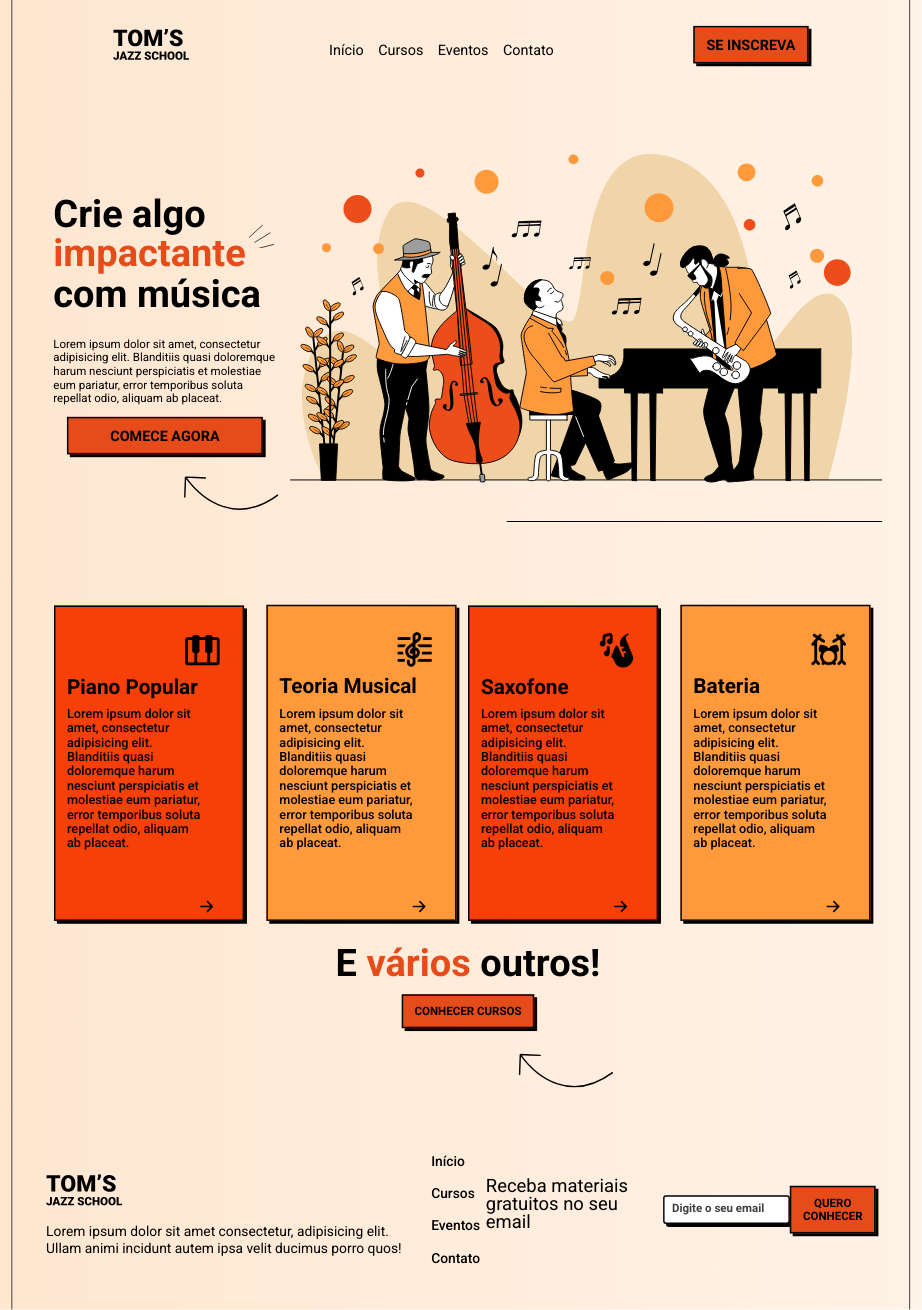
Repository: guilhermecardoso93/obebitecode
Page: index.html
The author's editor kept a copy of each file at every save. The page is drawn from the files as they stood at one save, then again after the next save.
The browser window is 1280 px wide. The pictures show the whole page, at 72% of full size.

Above is the page before, as saved 2023-08-16 21:19:23.

### index.html
<!DOCTYPE html>
<html lang="pt-BR">

<head>
  <meta charset="UTF-8" />
  <meta name="viewport" content="width=device-width, initial-scale=1.0" />
  <link rel="preconnect" href="https://fonts.googleapis.com" />
  <link rel="preconnect" href="https://fonts.gstatic.com" crossorigin />
  <link href="https://fonts.googleapis.com/css2?family=Roboto:wght@400;500;700&display=swap" rel="stylesheet" />
  <link rel="stylesheet" href="css/style.css" />
  <title>Tom's Jazz School</title>
</head>

<body>
  <header>
    <div class="container">
      <img src="./assets/logo.svg" alt="Logo da Tom's Jazz School" />
      <nav>
        <a href="/"><span>Início</span></a>
        <a href="/"><span>Cursos</span></a>
        <a href="/"><span>Eventos</span></a>
        <a href="/"><span>Contato</span></a>
      </nav>
      <a href="/" class="subscribeButton subscribeButton mt-1 mx-auto mb-1">Se Inscreva</a>
    </div>
  </header>

  <main>
    <section class="hero-section">
      <div class="container row-reverse">
        <img src="./assets/hero-img.svg" alt="Banda de Jazz Tocando" />
        <div>
          <h1 class="mt-2">
            Crie algo <span class="text-primary decoration">impactante</span> com música
          </h1>
          <p class="mt-2 mb-2"></p>
          Lorem ipsum dolor sit amet, consectetur adipisicing elit. Blanditiis
          quasi doloremque harum nesciunt perspiciatis et molestiae eum
          pariatur, error temporibus soluta repellat odio, aliquam ab placeat.
          </p>
          <a href="/" class="subscribeButton mt-1 mx-auto">Comece Agora</a>
        </div>
      </div>
    </section>
    <section class="hero-section">
      <div class="cards">
        <article class="card">
          <img src="./assets/piano.png" alt="ícone de tecla de piano" />
          <h3>Piano Popular</h3>
          <p>
            Lorem ipsum dolor sit amet, consectetur adipisicing elit.
            Blanditiis quasi doloremque harum nesciunt perspiciatis et
            molestiae eum pariatur, error temporibus soluta repellat odio,
            aliquam ab placeat.
          </p>
          <a href="#">
            <img src="./assets/arrow-right.svg" alt="svg de seta para direita" />
          </a>
        </article>
        <article class="card">
          <img src="./assets/clef.png" alt="Icone de clave de sol" />
          <h3>Teoria Musical</h3>
          <p>
            Lorem ipsum dolor sit amet, consectetur adipisicing elit.
            Blanditiis quasi doloremque harum nesciunt perspiciatis et
            molestiae eum pariatur, error temporibus soluta repellat odio,
            aliquam ab placeat.
          </p>
          <a href="#">
            <img src="./assets/arrow-right.svg" alt="svg de seta para direita" />
          </a>
        </article>
        <article class="card">
          <img src="./assets/sax.png" alt="Icone de saxofone" />
          <h3>Saxofone</h3>
          <p>
            Lorem ipsum dolor sit amet, consectetur adipisicing elit.
            Blanditiis quasi doloremque harum nesciunt perspiciatis et
            molestiae eum pariatur, error temporibus soluta repellat odio,
            aliquam ab placeat.
          </p>
          <a href="#">
            <img src="./assets/arrow-right.svg" alt="svg de seta para direita" />
          </a>
        </article>
        <article class="card">
          <img src="./assets/drums.png" alt="Ícone de bateria" />
          <h3>Bateria</h3>
          <p>
            Lorem ipsum dolor sit amet, consectetur adipisicing elit.
            Blanditiis quasi doloremque harum nesciunt perspiciatis et
            molestiae eum pariatur, error temporibus soluta repellat odio,
            aliquam ab placeat.
          </p>
          <a href="#">
            <img src="./assets/arrow-right.svg" alt="svg de seta para direita" />
          </a>
        </article>
      </div>
      <div class="rodape-article">
        <h1 class=> E <span>vários</span> outros!</h1>
        <a href="/" class="subscribeButton btn-courses">conhecer cursos</a>
      </div>
    </section>
  </main>
  <footer id="contato">
    <div class="container">
      <div class='about'>
        <img src="./assets/logo.svg" alt="Banda de Jazz Tocando" class="mt-1" />
        <p>Lorem ipsum dolor sit amet consectetur, adipisicing elit. Ullam animi incidunt autem ipsa velit ducimus porro
          quos!</p>
      </div>
      <nav class="footer-menu">
        <a href="#inicio"><span>Início</span></a>
        <a href="#cursos"><span>Cursos</span></a>
        <a href="#eventos"><span>Eventos</span></a>
        <a href="#contato"><span>Contato</span></a>
      </nav>
      <label for="email" class="mb-1">Receba materiais gratuitos no seu email</label>
      <input type="email" placeholder="Digite o seu email">
      <a href="/" class="subscribeButton btn-footer">quero conhecer</a>
    </div>
  </footer>
</body>

</html>

### css/style.css
@import url("./basics.css");
@import url("./header.css");
@import url("./main.css");
@import url("./footer.css");
@import url("./responsivo.css");

### css/basics.css
* {
  margin: 0;
  padding: 0;
  box-sizing: border-box;
  font-family: "Roboto", sans-serif;
}

:root {
  --color-primary: #ed4d1b;
  --color-secondary: #ff9a3c;
  --color-black: #000;
  --color-white: #fff;
}

body {
  background: linear-gradient(90deg, #ffe7d1 0%, #fff2e6 100%);
  padding: 0 1rem;
}

body,
html {
  overflow-x: hidden !important;
}

a {
  text-decoration: none;
  cursor: pointer;
}

.mt-1 {
  margin-top: 1rem;
}

.mt-2 {
  margin-top: 2rem;
}

.mb-1 {
  margin-bottom: 1rem;
}

.mb-2 {
  margin-bottom: 2rem;
}

.mx-auto {
  margin-left: auto;
  margin-right: auto;
}

.text-primary {
  color: var(--color-primary);
}

.text-center {
  text-align: center;
}

header,
.hero-section,
.courses-section,
footer {
  border-color: --color-black;
  border-style: solid;
  border-width: 0 1px;
  padding: 20px;
}

.subscribeButton {
  border: 2px solid #000;
  box-shadow: 4px 4px 0 #000;
  font-weight: 600;
  display: block;
  background: #e64b1a;
  text-transform: uppercase;
  font-size: 1.25rem;
  padding: 0.75rem 1rem;
  max-width: 17rem;
  position: relative;
  color: var(--color-black);
  text-align: center;
}

.subscribeButton:hover {
  border: 2px solid #e64b1a;
  box-shadow: 4px 4px 0 #e64b1a;
  font-weight: 600;
  display: block;
  color: #e64b1a;
  text-transform: uppercase;
  font-size: 1.25rem;
  padding: 0.75rem 1rem;
  max-width: 17rem;
  position: relative;
  background: var(--color-black);
  text-align: center;
}

span {
  margin: 0;
}

### css/header.css
header img {
  display: block;
  margin: 1rem auto;
}

header nav {
  display: grid;
  grid-template-columns: 1fr 1fr;
  margin-bottom: 1rem;
  margin: 1rem auto 0;
}

nav a {
  color: var(--color-black);
  font-size: 1.25rem;
  padding: 0.5rem;
  text-decoration: none;
  text-weight: bold;
}

nav a span:hover {
  border-bottom: 3px solid #000;
}

header nav a:nth-child(2n-1) {
  text-align: right;
}

### css/main.css
.hero-section {
  padding-right: 0;
  padding-bottom: 5rem;
}

.hero-section img {
  display: block;
  margin: 1.25rem 0 0 auto;
  max-width: 100%;
}

h1 {
  font-size: 3.3rem;
  line-height: 105%;
  font-weight: 700;
}

h2 {
  font-size: 2.5rem;
}

.hero-section p {
  font-size: 1.25rem;
  padding-right: 1.25rem;
}

.hero-section .subscribeButton {
  position: relative;
}

.hero-section .subscribeButton::after {
  content: "";
  background: url("../assets/arrow-curve.svg") no-repeat;
  display: block;
  content: "";
  width: 100%;
  height: 50px;
  position: absolute;
  top: 5rem;
  left: 10rem;
}

.decoration {
  display: block;
  color: #e64b1a;
  position: relative;
}

.decoration::after {
  content: "";
  background: url("../assets/three-dashes.svg");
  position: absolute;
  top: -1rem;
  height: 36px;
  width: 40px;
}

.courses-section {
  display: grid;
  justify-content: center;
  gap: 20px;
  margin-top: -5rem;
  border-top: none;
}

.card {
  background: #f73f08;
  display: grid;
  justify-content: center;
  align-items: center;
  padding: 1rem 2rem 0 1rem;
  max-width: 16.5rem;
  gap: 10px;
  box-shadow: 4px 4px 0 #000;
  border: 2px solid #000;
}

.card h3 {
  font-size: 1.8rem;
  font-weight: 600;
}

.card p {
  font-size: 1.1rem;
  font-weight: 500;
  margin-bottom: 30px;
}

.card a {
  margin-left: 11rem;
}

.card:nth-child(2n) {
  margin-left: 0.935rem;
  background: #ff9a3c;
}

.rodape-article {
  display: flex;
  flex-direction: column;
  align-items: center;
  gap: 15px;
  font-weight: 900;
  font-size: 2.5rem;
  margin: 2rem 0;
}

.rodape-article span {
  color: #e64b1a;
}

.btn-courses {
  max-width: 13rem;
  font-size: 1rem;
}

.btn-courses:hover {
  max-width: 13rem;
  font-size: 1rem;
}

### css/footer.css
footer {
  display: grid;
  gap: 10px;
}
footer h1 {
  font-size: 1.5rem;
  text-transform: uppercase;
  font-weight: 900;
}

footer span {
  font-size: 3rem;
}

footer p {
  margin-top: 20px;
  font-size: 1.2rem;
}

.footer-menu {
  display: flex;
  flex-direction: column;
  gap: 5px;
  margin: 2rem 0;
}

.footer-menu a span {
  font-size: 1.2rem;
  font-weight: 500;
}

.footer-menu a span:hover {
  border-bottom: 3px solid #000;
}

footer label {
  font-size: 1.6rem;
  line-height: 1;
}
footer input {
  border-radius: 4px;
  padding: 0 10px;
  margin: 1.5rem 0;
  width: 250px;
  height: 40px;
  border: 2px solid #000;
  box-shadow: 4px 4px 0 #000;
}
footer input::placeholder {
  color: #414040;
  font-size: 1rem;
  font-weight: 900;
}

.btn-footer {
  font-size: 1rem;
  max-width: 13rem;
}

.btn-footer:hover {
  font-size: 1rem;
  max-width: 13rem;
}

### css/responsivo.css
@media screen and (min-width: 40rem) {
  header nav {
    display: block;
    text-align: center;
  }

  .cards {
    display: flex;
    flex: 1;
    flex-wrap: wrap;
    justify-content: center;
  }

  .card:nth-child(2n) {
    margin-top: 0.935rem;
    margin-right: 1rem;
  }

  .card:nth-child(2n-1) {
    margin-top: 1rem;
    margin-right: 1rem;
  }
}

@media screen and (min-width: 48rem) {
  header div {
    display: flex;
    align-items: center;
    justify-content: space-between;
  }

  header img,
  header nav,
  haeder a {
    margin: o;
  }
}

@media screen and (min-width: 72rem) {
  .container {
    display: flex;
    align-items: center;
    margin: 0 auto;
    max-width: 72rem;
  }

  .row-reverse {
    flex-direction: row-reverse;
  }
}

After the next save:
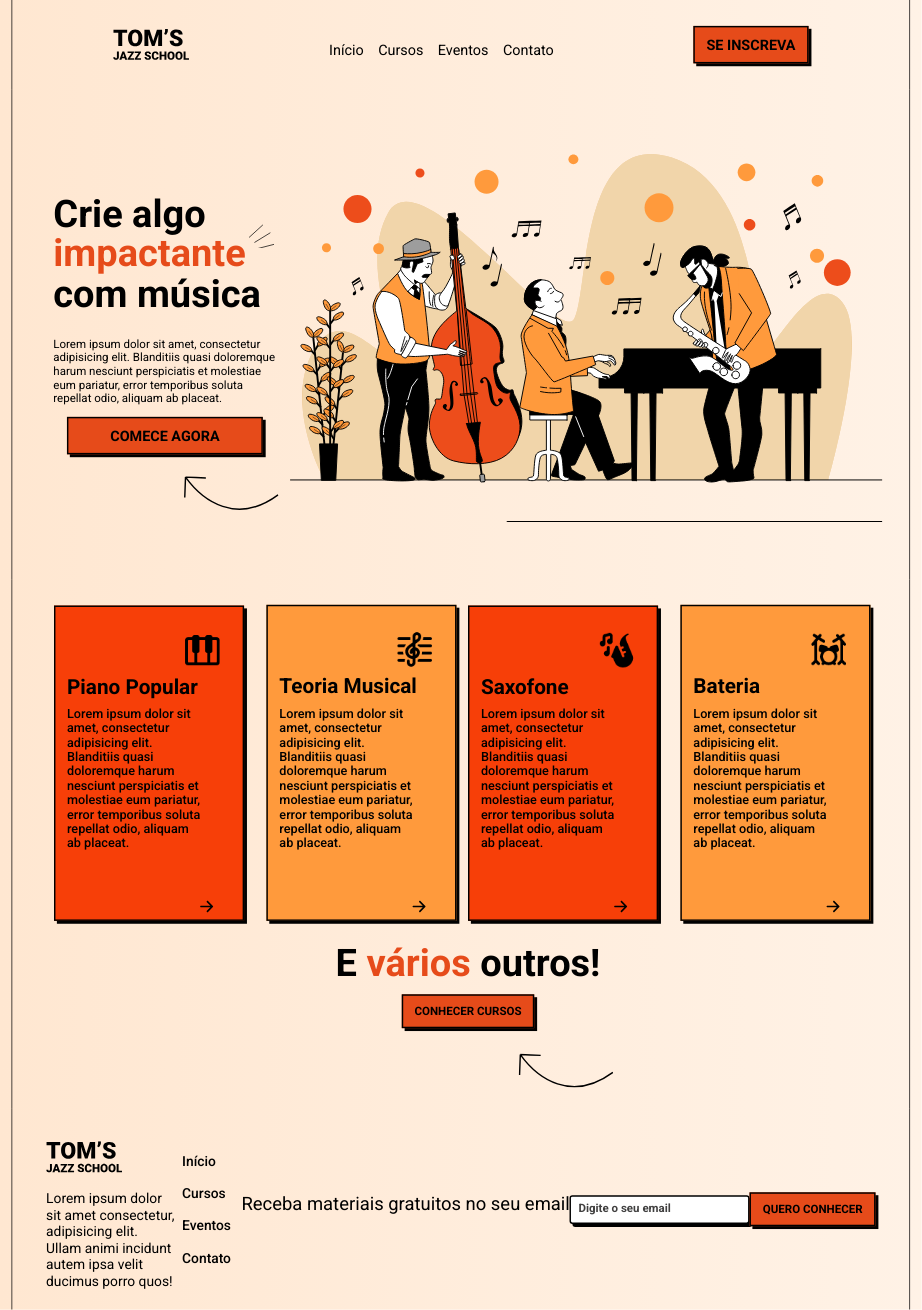
Saved 24 s later.
--- a/css/responsivo.css
+++ b/css/responsivo.css
@@ -47,4 +47,12 @@
   .row-reverse {
     flex-direction: row-reverse;
   }
+
+  footer .about {
+    flex: 2
+  }
+
+  footer nav {
+    flex: 1
+  }
 }
